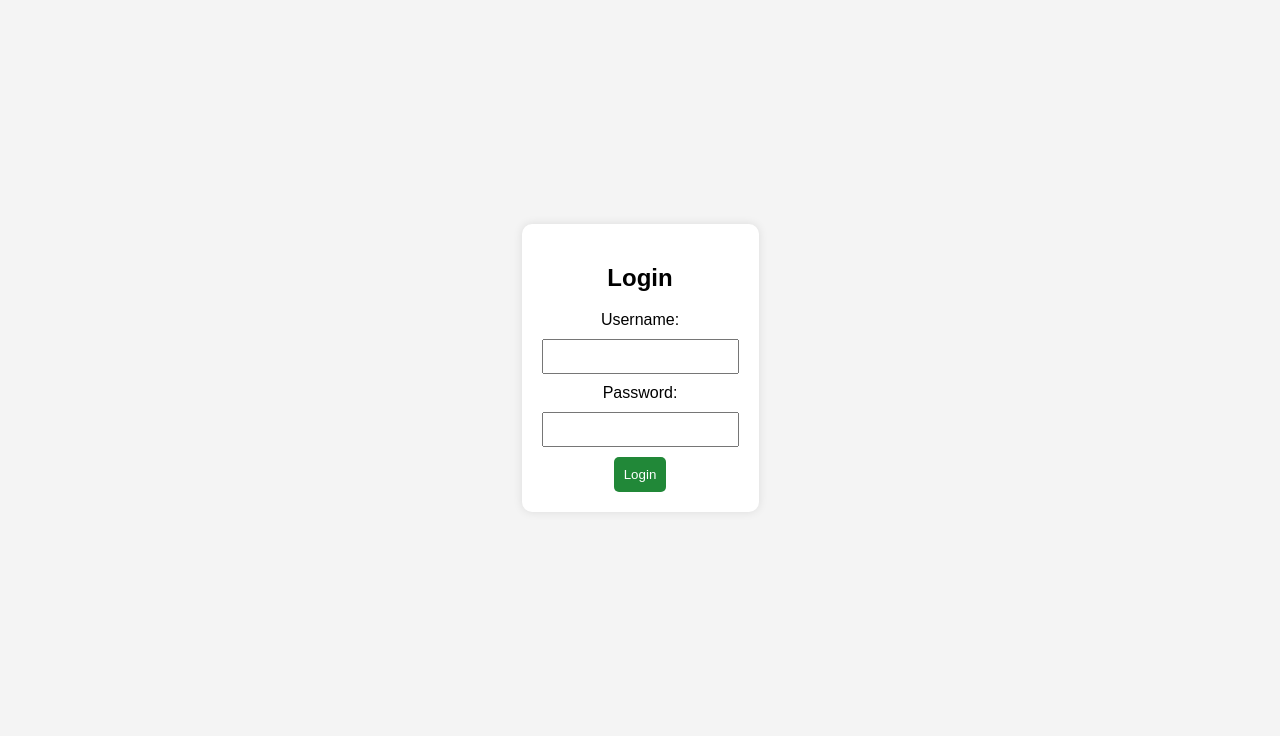
Repository: ThongThien/64132265_Web2
Page: Login/src/main/webapp/login.html
An editor plug-in stored every save of this project. The page is shown before and after the next save, followed by the edit.
The browser window is 1280 px wide. The pictures show the whole page.
The pointer rests on the first visible `button`.

Above is the page before, as saved 2025-02-18 10:34:27.

### Login/src/main/webapp/login.html
<!DOCTYPE html>
<html>
<head>
<meta charset="UTF-8">
<title>Login</title>
    <style>
        body {
            font-family: Arial, sans-serif;
            display: flex;
            justify-content: center;
            align-items: center;
            height: 100vh;
            background-color: #f4f4f4;
        }
        .login-container {
            background: white;
            padding: 20px;
            border-radius: 10px;
            box-shadow: 0 0 10px rgba(0, 0, 0, 0.1);
            text-align: center;
        }
        input {
            display: block;
            width: 90%;
            margin: 10px 0;
            padding: 8px;
        }
        button {
            background-color: #28a745;
            color: white;
            padding: 10px;
            border: none;
            border-radius: 5px;
            cursor: pointer;
        }
        button:hover {
            background-color: #218838;
        }
    </style>
</head>
<body>
    <div class="login-container">
        <h2>Login</h2>
        <form action="login.jsp" method="post">
            <label for="username">Username:</label>
            <input type="text" id="username" name="username" required>
            <label for="password">Password:</label>
            <input type="password" id="password" name="password" required>
            <button type="submit">Login</button>
        </form>
    </div>
</body>
</html>

After the next save:
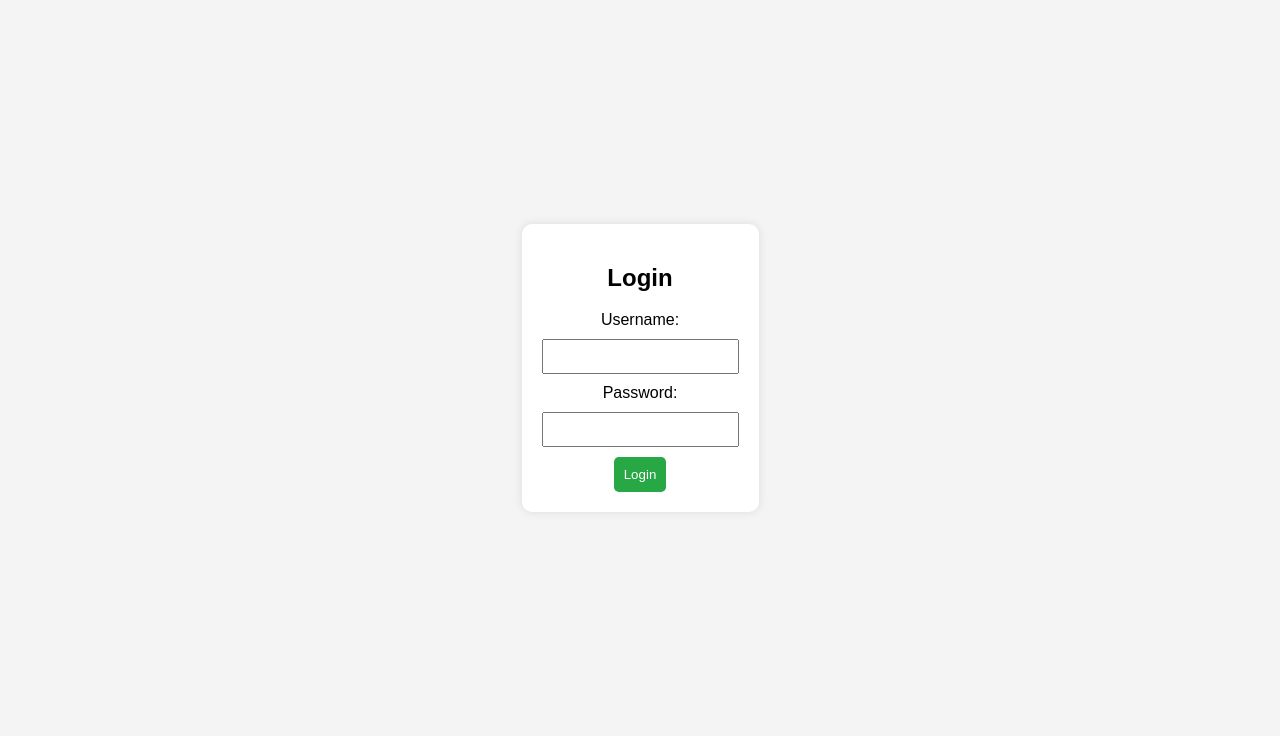
Saved 38 s later.
--- a/Login/src/main/webapp/login.html
+++ b/Login/src/main/webapp/login.html
@@ -33,9 +33,6 @@
             border-radius: 5px;
             cursor: pointer;
         }
-        button:hover {
-            background-color: #218838;
-        }
     </style>
 </head>
 <body>
